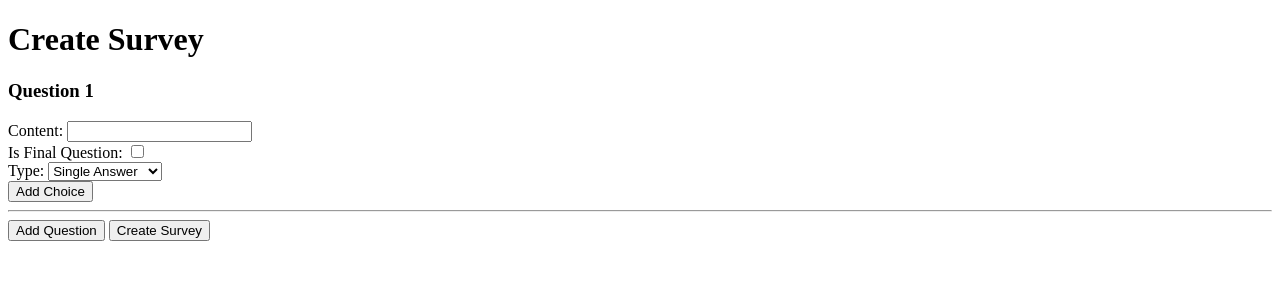
Repository: miki-babi/survey
Page: http://localhost/survey/create
The author's editor kept a copy of each file at every save. The page is drawn from the files as they stood at one save, then again after the next save.
The browser window is 1280 px wide. The pictures show the whole page.
After loading, the first visible `button` was clicked once.
The page is served by the project's Laravel application, run on PHP 8.4 with Laravel 12. A made-up administrator, Test User (test@example.com), is signed in. Other server files are loaded and not shown.

Above is the page before, as saved 2024-10-28 15:31:28.

### routes/web.php
<?php

use Illuminate\Support\Facades\Route;
use App\Http\Controllers\SurveyController;


Route::get('/', function () {
    return view('welcome');
});

Route::post('/survey/create', [SurveyController::class, 'createSurvey']);
Route::post('/survey/answer', [SurveyController::class, 'submitAnswer']);
Route::get('/survey/create', function () {
    return view('create-survey');
});
Route::get('/survey/get', [SurveyController::class, 'getSurvey']);
Route::post('/survey/answer', [SurveyController::class, 'submitAnswer']);

### resources/views/create-survey.blade.php
<!DOCTYPE html>
<html lang="en">
<head>
   <meta charset="UTF-8">
   <meta name="viewport" content="width=device-width, initial-scale=1.0">
   <title>Create Survey</title>
   <link rel="stylesheet" href="https://cdnjs.cloudflare.com/ajax/libs/font-awesome/6.0.0-beta3/css/all.min.css" integrity="sha384-k6RqeWeci5ZR/Lv4MR0sA0FfDOM+OPvv+0DFeZxSTLsLnYy0Y6xzFgN6C/tn6iGQ" crossorigin="anonymous">
</head>
<body>
   <h1>Create Survey</h1>
   <form id="surveyForm" action="/survey/create" method="POST">
       @csrf
       <div id="questionsContainer"></div>
       <button type="button" onclick="addQuestion()">Add Question</button>
       <button type="submit">Create Survey</button>
   </form>

   <script>
       let questionCount = 0;

       function addQuestion() {
           questionCount++;
           const questionId = `question_${questionCount}`;

           const questionContainer = document.createElement('div');
           questionContainer.id = questionId;
           questionContainer.innerHTML = `
               <h3>Question ${questionCount}</h3>
               <label>Content:</label>
               <input type="text" name="questions[${questionCount}][content]" required><br>

               <label>Is Final Question:</label>
               <input type="checkbox" name="questions[${questionCount}][is_final] value="1"><br>

               <label>Type:</label>
               <select name="questions[${questionCount}][type]" required>
                   <option value="single">Single Answer</option>
                   <option value="multiple">Multiple Choice</option>
               </select><br>

               <div id="choicesContainer_${questionCount}"></div>
               <button type="button" onclick="addChoice(${questionCount})">Add Choice</button>
               <hr>
           `;

           document.getElementById('questionsContainer').appendChild(questionContainer);
       }

       function addChoice(questionIndex) {
           const choicesContainer = document.getElementById(`choicesContainer_${questionIndex}`);
           const choiceCount = choicesContainer.childElementCount + 1;

           const choiceContainer = document.createElement('div');
           choiceContainer.innerHTML = `
               <label>Choice ${choiceCount}:</label>
               <input type="text" name="questions[${questionIndex}][choices][${choiceCount}][content]" required>
               <label>Next Question ID (optional):</label>
               <input type="number" name="questions[${questionIndex}][choices][${choiceCount}][next_question_id]">
               <br>
           `;

           choicesContainer.appendChild(choiceContainer);
       }
   </script>
</body>
</html>

Loaded but not shown: app/Models/User.php (common file)

After the next save:
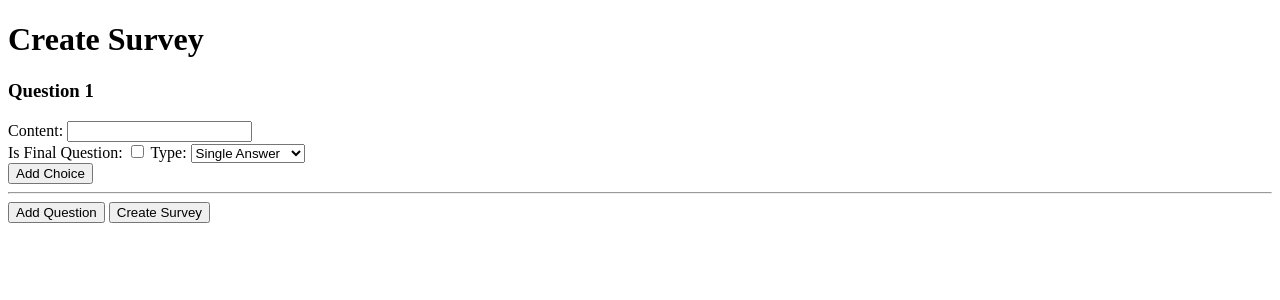
Saved 89 s later.
--- a/resources/views/create-survey.blade.php
+++ b/resources/views/create-survey.blade.php
@@ -30,7 +30,8 @@
                <input type="text" name="questions[${questionCount}][content]" required><br>
 
                <label>Is Final Question:</label>
-               <input type="checkbox" name="questions[${questionCount}][is_final] value="1"><br>
+                <input type="hidden" name="questions[${questionCount}][is_final]" value="0">
+                <input type="checkbox" name="questions[${questionCount}][is_final]" value="1">
 
                <label>Type:</label>
                <select name="questions[${questionCount}][type]" required>
